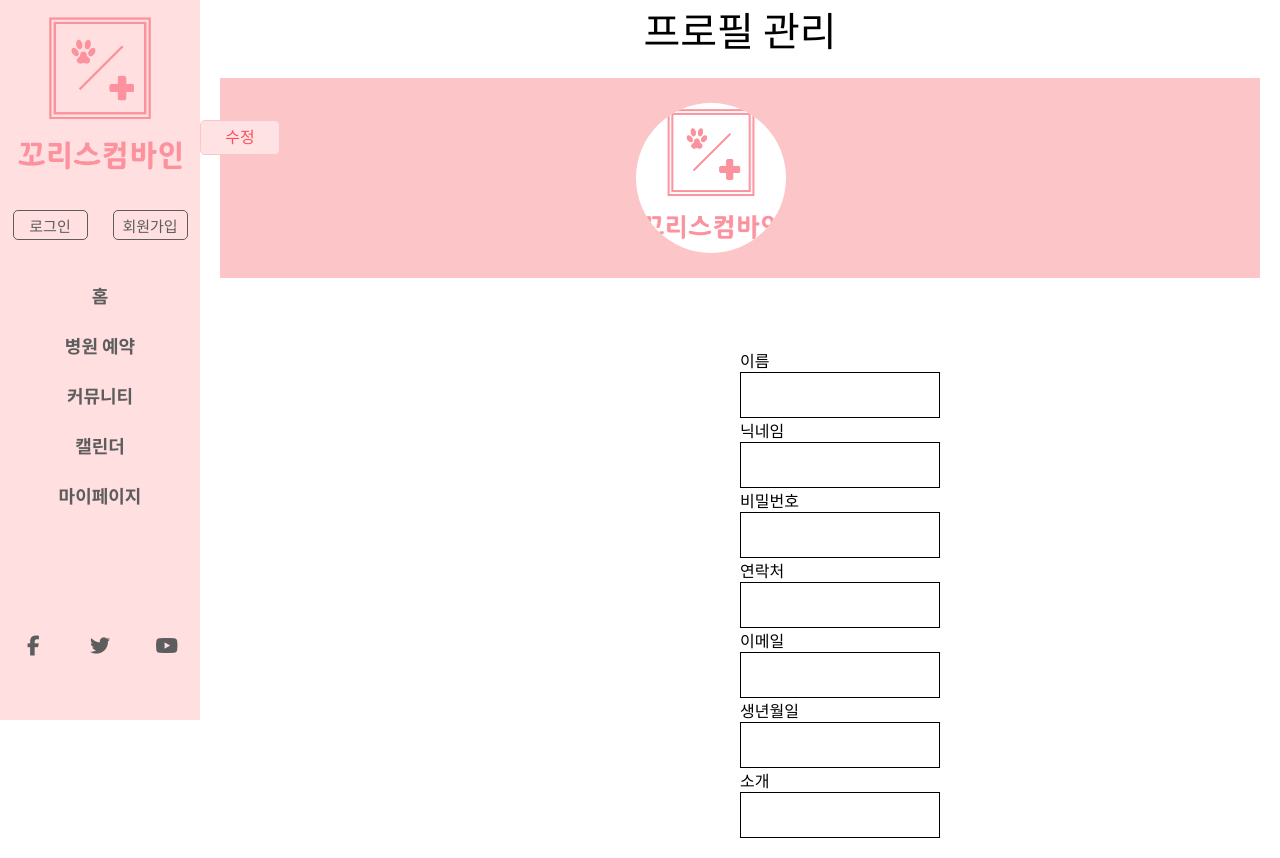
Repository: dodnam/kkoris
Page: http://localhost/1_kkoris/reservation2.jsp
An editor plug-in stored every save of this project. The page is shown before and after the next save, followed by the edit.
The browser window is 1280 px wide. The pictures show the whole page.
Some web libraries are served in a nearby version. The page is served by Tomcat 9.

Above is the page before, as saved 2020-02-18 00:25:01.

### 1_kkoris/WebContent/reservation2.jsp
<%@ page language="java" contentType="text/html; charset=UTF-8"
    pageEncoding="UTF-8"%>
<!DOCTYPE html>
<html>
<head>
<meta charset="UTF-8">
<title>Insert title here</title>
<link rel="stylesheet" type="text/css" href="<%= request.getContextPath() %>/css/index.css"/>
<link rel="stylesheet" type="text/css" href="<%= request.getContextPath() %>/css/layout.css"/>
<style>
	.box_con{left:20px; right:20px; height:200px; background-color:#fcc6c9; position:absolute;}
	.box{width: 150px; height:150px; border-radius:70%; overflow:hidden; background-color:#fff;margin-top:25px;margin-left:40%}
	.profile{width: 100%; height:100%; object-fit:cover; display:block; margin:0px auto;}
	.userTitle{font-size:40px; text-align:center; top:30px;}
	.submit{line-height: 30px; text-align: center; background-color: #ffe3e4; color:#ff4e59;border: 1px solid #fcc6c9; border-radius: 5px; width: 80px; height: 35px; position: absolute;left:50%;top:20px; outline:none;}
	.boxBody{position:absolute; top:250px;margin-left:50%}
	.submitBody{position:absolute; top:100px; margin:auto;}
</style>
</head>
<body>
	<%@ include file="views/layout.jsp" %>
	<div class="container">
    	<div class="userTitle">
			프로필 관리
    	</div>

    	<div class="input-container">
    		<div class="box_con">
	    		<div class="box">
	    			<img class="profile" src="<%= request.getContextPath() %>/images/logo.png">
	    		</div>
    		</div>
		    <div class="boxBody">
				<div class="input-box">
					<p class="input-label">이름</p><input type="text">
	    			<p class="input-label">닉네임</p><input type="text">
	    			<p class="input-label">비밀번호</p><input type="password">
	    			<p class="input-label">연락처</p><input type="text">
	    			<p class="input-label">이메일</p><input type="email">
	    			<p class="input-label">생년월일</p><input type="text">
	    			<p class="input-label">소개</p><input type="text">
	    		</div>
	    	</div>
    	</div>

    	<div class="submitBody">
    		<div class="submit">수정</div>
    	</div>
	</div>
</body>
</html>

### 1_kkoris/WebContent/views/layout.jsp
<%@ page language="java" contentType="text/html; charset=UTF-8"
    pageEncoding="UTF-8"%>
<!DOCTYPE html>
<html>
<head>
<meta charset="UTF-8">
<title>Insert title here</title>
<link href="https://fonts.googleapis.com/css?family=Noto+Sans+KR&display=swap" rel="stylesheet">
<script src="https://kit.fontawesome.com/18fd811fa1.js" crossorigin="anonymous"></script> <!-- sns아이콘 -->
<link rel="stylesheet" type="text/css" href="<%= request.getContextPath() %>/css/layout.css"/> <!-- 작성할 css를 연결 -->
</head>
<body>
	<header><!-- 헤더 -->
		<h1 class="logo"></h1>
		<nav>
      		<div class="login">
	        	<div><a href="#">로그인</a></div>
	        	<div><a href="#">회원가입</a></div>
	      	</div>
	      	<ul id="navigator">
	        	<li id="nav-home">
	         		<a href="#"><span>홈</span></a>
	         	</li>
	         	<li id="nav-hospital">
	         		<span>병원 예약</span>
         			<ul class="nav2-hospital" id="nav2-hospital">
         				<li><a href="#">병원 검색</a></li>
	         			<li><a href="#">예약 확인</a></li>
	         			<li><a href="#">병원 후기</a></li>
         			</ul>
	         	</li>
	         	<li id="nav-community">
	         		<span>커뮤니티</span>
         			<ul class="nav2-community" id="nav2-community">
	         			<li><a href="#">공지사항</a></li>
	         			<li><a href="#">후기 모아보기</a></li>
	         			<li><a href="#">지식 공유</a></li>
         			</ul>
	         	</li>
	         	<li id="nav-calendar">
	         		<a href="#"><span>캘린더</span></a>
	         	</li>
	         	<li id="nav-mypage">
	         		<span>마이페이지</span>
	         		<ul class="nav2-mypage" id="nav2-mypage">
		         		<li><a href="#">내 정보</a></li>
		         		<li><a href="#">예약 조회</a></li>
		         		<li><a href="#">포인트샵</a></li>
		         		<li><a href="#">내가 쓴 글 조회</a></li>
	         		</ul>
	         	</li>
	      	</ul>
		<dl>
	    	<dt class="blind">sns</dt>
	        <dd><a href="#"><i class="fab fa-facebook-f"></i></a></dd>
	        <dd><a href="#"><i class="fab fa-twitter"></i></a></dd>
	        <dd><a href="#"><i class="fab fa-youtube"></i></a></dd>
		</dl>
		</nav>
	</header>
	<footer></footer>
</body>
</html>

### 1_kkoris/WebContent/css/index.css
@charset "UTF-8";
/* 컨테이너 */
div.container{position: absolute; top:0; left:0; padding-left:200px; height:100%; width:100%; box-sizing:border-box;}
/* 섹션이 현재 1개이기 때문에 100% 2개면 200%, 3개면 300% */
/* 참고	section:nth-of-type(1) {section 중 첫번째 section에 접근} */
section.main {position:relative; height:100%; width:100%; background: url(../images/main-bg.jpg) no-repeat center center; background-size: contain;}
section.main > article.quickMenu > ul {position: absolute; top:calc(50% - 50px); left:calc(50% - 25%); width: 50%; height: 100px; display: flex;}
section.main > article.quickMenu {position: relative; width: 100%; height: 100%; background: rgba(0, 0, 0, 0.2);}
section.main > article.quickMenu > ul > li {width: 25%; height:100px;}
section.main > article.quickMenu > ul > li > a {color: #5d5d5d; display:block; font-size: 5em; text-align:center;}
section.main > article.quickMenu > ul > li > a > span {display: block; font-size: 15px;}
section.main > article.quickMenu > ul > li > a:hover {color: #fb929e;}

### 1_kkoris/WebContent/css/layout.css
@charset "UTF-8";
* {margin: 0; padding: 0; font-family: 'Noto Sans KR', sans-serif;}
*, *:before, *:after {box-sizing: border-box;}
html, body {width: 100%; height: 100%;}
table{border-collapse: collapse;}
img,fieldset{border: none;}
ol,ul{list-style: none;}
h1,h2,h3,h4,h5,h6{font-weight: normal; font-size: 100%;}
q:after,q:before{content: "";}
abbr,acronym{border:none;} /* 축약어 */
img,input,select{vertical-align: middle;}
hr{display: none;}
a {text-decoration: none; color: #000;}
header {position: fixed; width: 200px; height: 100%; background: #ffdfdf; z-index: 30;}
input{outline: none; background: none;}
.blind{position: absolute;left: 0;top: 0;width: 0;height: 0;font-size: 0;line-height: 0;text-indent: -9999px;overflow: hidden;visibility: hidden;}
.displaynone{display: none;}

/* input타입 1 (커서유입에 따른 스타일 변화)
	<div class="input-container"><label class="input-label">아이디</label><input type=""></div>
*/
div.input-container {position: relative; display: block; margin: 20px 0;}
div.input-container > input {width: 100%; height: 40px; line-height: 40px; font-size: 16px; border: none; border-bottom: 1px solid #5d5d5d;}
div.input-container.focus > input:focus {border-bottom: 1px solid #fb929e;}
label.input-label {position: absolute; font-size: 16px; transform: translateY(10px); color: #5d5d5d; transition: transform 0.2s ease; z-index: -1;}
div.input-container.focus > label.input-label {font-size: 12px; transform: translateY(-5px); text-transform: uppercase;}
div.input-container.focus.on > label.input-label {color: #fb929e;}

/* input타입 2 (박스형)
	<div class="input-box"><p class="input-label">라벨명</p><input type=""></div>
*/
div.input-box {position: relative; display: block; margin: 20px 0;}
div.input-box > input {width: 100%; padding: 10px; font-size: 16px; border: 1px solid #000;}
p.input-label {font-size: 16px; color: #000;}
p.input-info {font-size: 14px; color: #5d5d5d;}

/* input radio
	<input type="radio" name="test"><label class="radioLabel">라벨명1</label>
	<input type="radio" name="test"><label class="radioLabel">라벨명2</label>
*/
input[type=radio] {display: none;}
label.radioLabel {display: inline-block; position: relative; padding: 0 30px; cursor: pointer; line-height: 18px;}
label.radioLabel:before, label.radioLabel:after {position: absolute; border-radius: 50%; content: '';}
label.radioLabel:before {left: 0; top: 0; width: 18px; height: 18px; border: 2px solid #000;}
label.radioLabel:after {top: 5px; left: 5px; width: 8px; height: 8px; background: #fb929e; transform: scale(0);}
input[type="radio"]:checked + label.radioLabel:before {border-color: #fb929e; }
input[type="radio"]:checked + label.radioLabel:after {transform: scale(1);}

/* input submit
	<form>에서 submit되는 버튼을 위한 css (단, 검색 등의 다른 버튼은 blue베이스 스타일로 사용)
*/
div.input-submit {display: block; text-align: center; padding: 15px;}
input[type="submit"] {min-width: 50px; height: 30px; cursor: pointer; background: #ffdfdf; color: #5d5d5d; font-size: 14px; font-weight: 600; border: none; border-radius: 5px;}
input[type="submit"]:hover {background: #fb929e; color: #fff;}

/* select 옵션  */
div > select {font-size: 10pt; width: 100px; padding: .7em .5em; font-family: inherit; background: url(https://farm1.staticflickr.com/379/19928272501_4ef877c265_t.jpg) no-repeat 95% 50%; -webkit-appearance: none; -moz-appearance: none; appearance: none; outline:none; border:1px solid #5d5d5d;}

/* input 검색 (class="search_input") */
div > span > input.search_input{width: 250px;  padding: 12px 24px; font-size: 14px; line-height: 18px; color: #575756; background-size: 18px 18px; border-radius: 50px; border: 1px solid #5d5d5d; backface-visibility: hidden; right:20px; outline:none;}


/* 영역
	<div class="container">		// 아래css 외에 특정 스타일을 주어야할 때, 클래스를 추가로 부여하여 사용했음 (ex. class="container login")
		<div class="contents">
			구현 영역
		</div>
	</div>
*/
div.container {position: absolute; top:0; left:0; padding-left:200px; width: 100%; height: 100%; margin: 0 auto; box-sizing: border-box;}
div.contents {position:relative; margin: 0 auto;}
div.contents > h2 {font-weight: 700; font-size: 30px; color: #000; padding: 15px 0; text-align: center;}


/** 헤더 **/
h1.logo {
	text-indent: -9999px; overflow: hidden; width: 180px; height: 180px;
	margin: 10px auto; /* auto는 중앙에 놓음 */
	background: url(../images/logo.png) no-repeat; background-size: contain; /*contain = h1 사이즈에 맞춤*/
}
nav > div.login {display: flex; justify-content:space-around; font-size: 15px;}
				/*블락요소로 가로 정렬 함*/
nav > div.login > div {width: 75px; height: 30px;} /* 위 아래 마진, 좌 우 마진*/
nav > div.login > div > a {display: block; width: 100%; height: 100%; line-height: 30px; text-align: center; border: 1px solid #5d5d5d; border-radius: 5px;}
nav > div.login > div > a:hover {color: #fb929e; border: none; background: #fff6f6; font-weight: 600}

/* 메뉴 */
nav {margin-top: 20px;}
nav * {color: #5d5d5d;}
nav > ul {margin-top: 30px; text-align: center;}
nav > ul > li {width: 100%;}
nav > ul > li:hover {background: #fff6f6;}
nav > ul > li span {display:block; width: 100%; height: 100%; line-height: 50px; font-size: 18px; font-weight: 600; border-radius: 10px; cursor: pointer;}
nav > ul > li span:hover {color: #fb929e;}

nav > ul > li > ul[class^=nav2] {display: none;}
nav > ul > li > ul[class^=nav2] > li > a {display: block; line-height: 40px; font-size: 16px;}
nav > ul > li > ul[class^=nav2] > li > a:hover {color: #fb929e; font-weight: 600;}

nav > ul > li:hover > ul[class^=nav2] {display: block;}

/* sns */
nav > dl {position:absolute; bottom:50px; width:100%; height:50px; display:flex; justify-content:space-around;}
nav > dl > dd {width:50px; text-align:center;}
nav > dl > dd > a {display: block; width: 100%; height:100%; font-size:20px; line-height:50px; transition:all 0.2s ease 0s;}
nav > dl > dd > a:hover {font-size:25px;}

footer {position: fixed; bottom: 10px;}

After the next save:
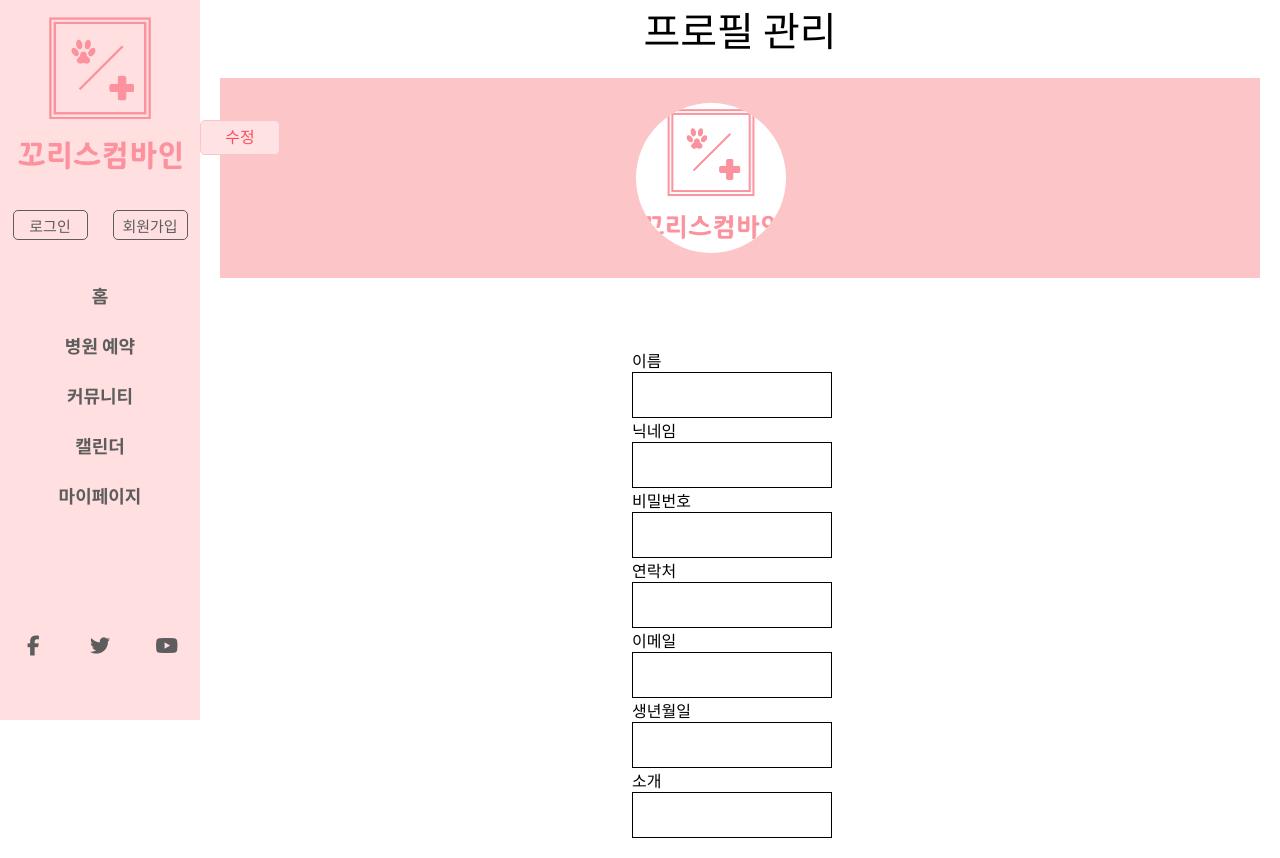
Saved 9 s later.
--- a/1_kkoris/WebContent/reservation2.jsp
+++ b/1_kkoris/WebContent/reservation2.jsp
@@ -13,7 +13,7 @@
 	.profile{width: 100%; height:100%; object-fit:cover; display:block; margin:0px auto;}
 	.userTitle{font-size:40px; text-align:center; top:30px;}
 	.submit{line-height: 30px; text-align: center; background-color: #ffe3e4; color:#ff4e59;border: 1px solid #fcc6c9; border-radius: 5px; width: 80px; height: 35px; position: absolute;left:50%;top:20px; outline:none;}
-	.boxBody{position:absolute; top:250px;margin-left:50%}
+	.boxBody{position:absolute; top:250px;margin-left:40%}
 	.submitBody{position:absolute; top:100px; margin:auto;}
 </style>
 </head>
